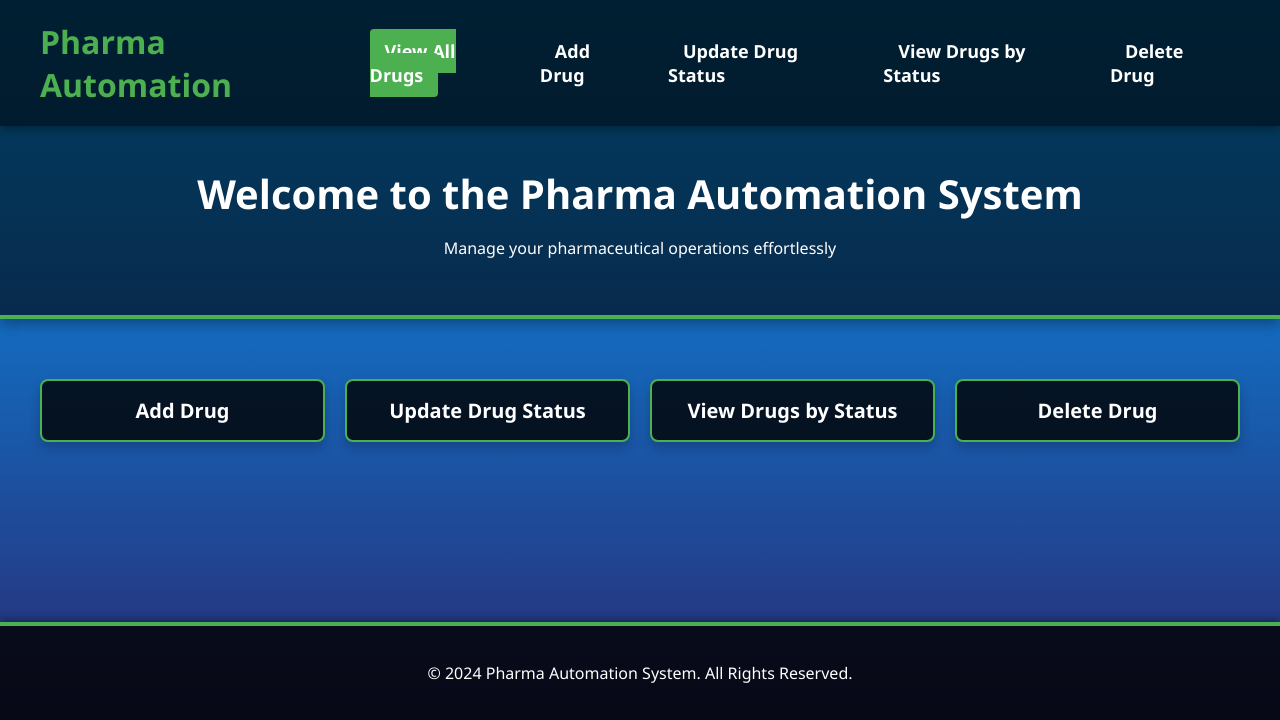
Repository: Clarrieous/Infosys-intern
Page: http://localhost/index
These files come from the project's save history. The page is drawn as it stood at one moment and after the next save; the edit follows.
The browser window is 1280 px wide. The pictures show the whole page.
The pointer rests on the first visible `.navbar ul li a`.
The page is this project's Thymeleaf template; nobody is signed in. The template is opened directly, without the code that normally fills it, so the values that code supplies are empty.

Above is the page before, as saved 2024-12-08 13:01:20.

After the next save:
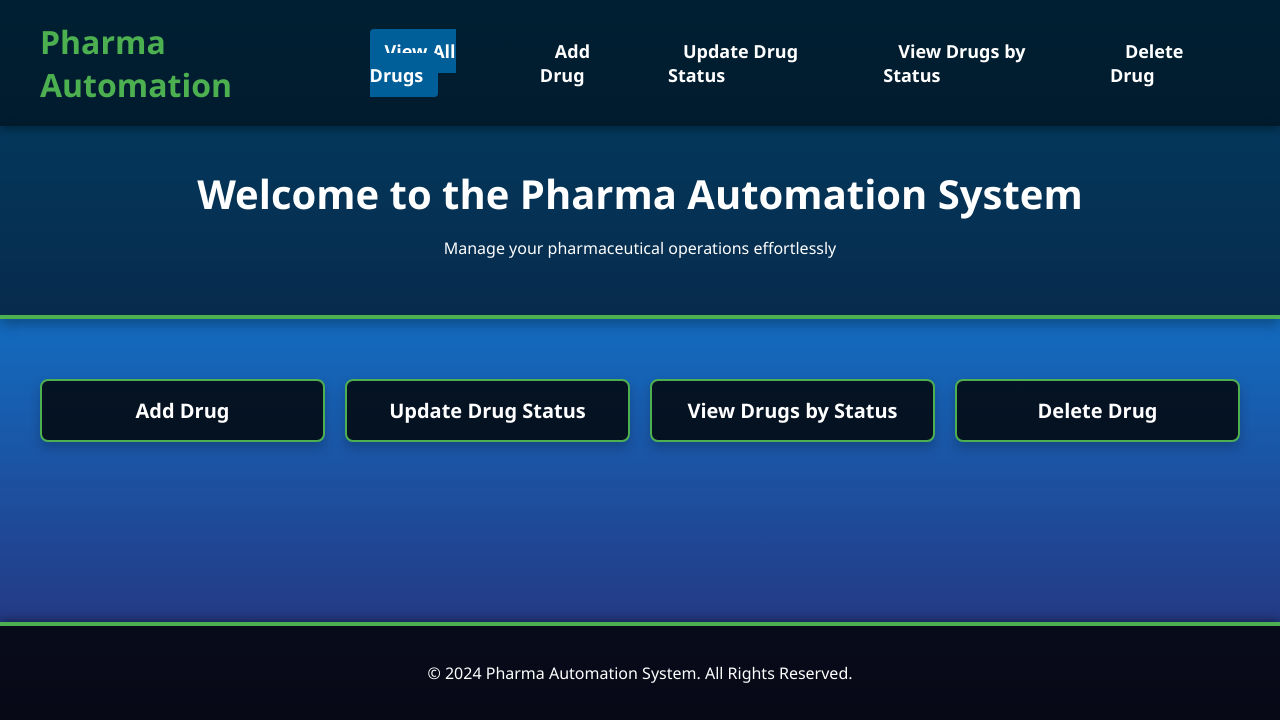
Saved 4 min 2 s later.
--- a/ClientService/src/main/resources/templates/index.html
+++ b/ClientService/src/main/resources/templates/index.html
@@ -54,7 +54,7 @@
         }
 
         .navbar ul li a:hover {
-            background-color: #4CAF50;
+            background-color: #005f99;
             color: white;
         }
 
@@ -95,7 +95,7 @@
         }
 
         .button-list a:hover {
-            background-color: #4CAF50;
+            background-color: #005f99;
             color: white;
             transform: translateY(-5px);
             box-shadow: 0 8px 16px rgba(0, 0, 0, 0.3);
